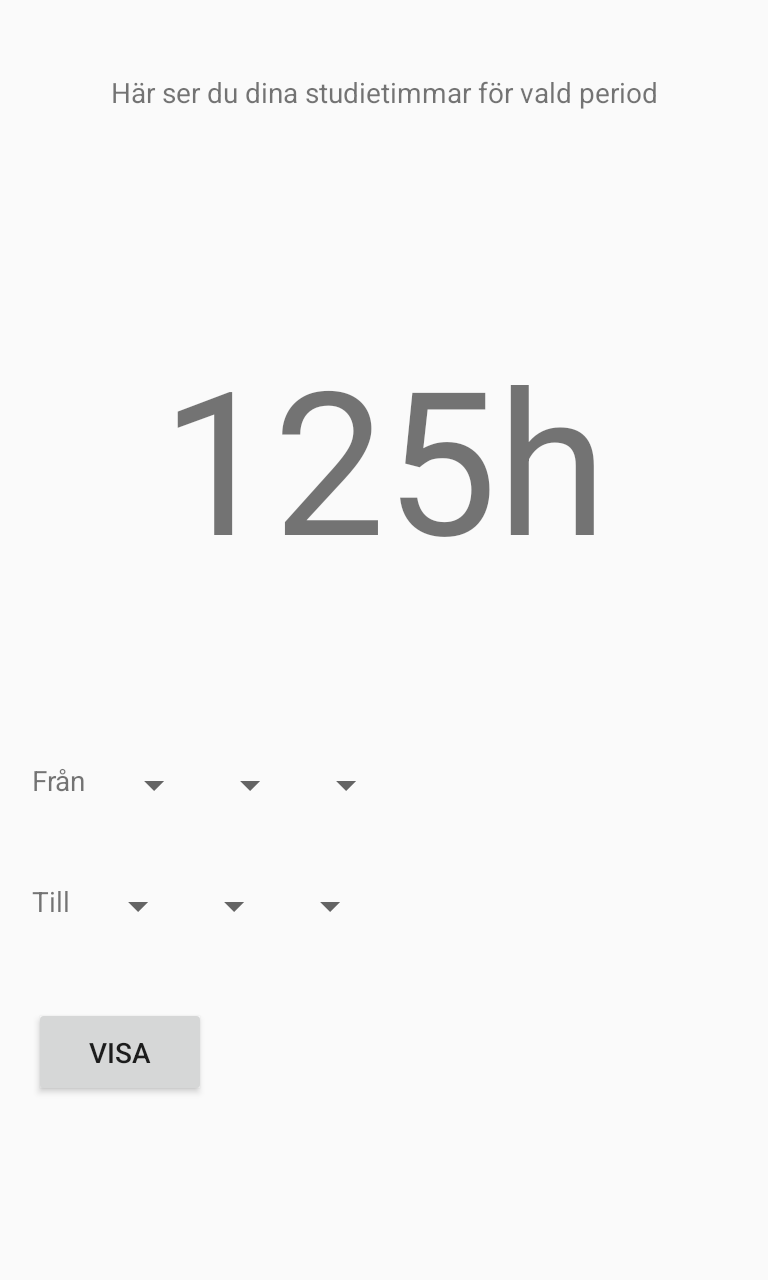
Repository: Dinova/Studiekoll
Layout: Studiekoll/Studiekoll/res/layout/fragment_graph.xml
The author's editor kept a copy of each file at every save. The layout is drawn from the files as they stood at one save, then again after the next save.
It is drawn on a 768 x 1280 px phone screen (xhdpi) without system bars, with theme AppTheme; the app's code is not run.

Above is the layout before, as saved 2014-05-15 12:05:26.

After the next save:
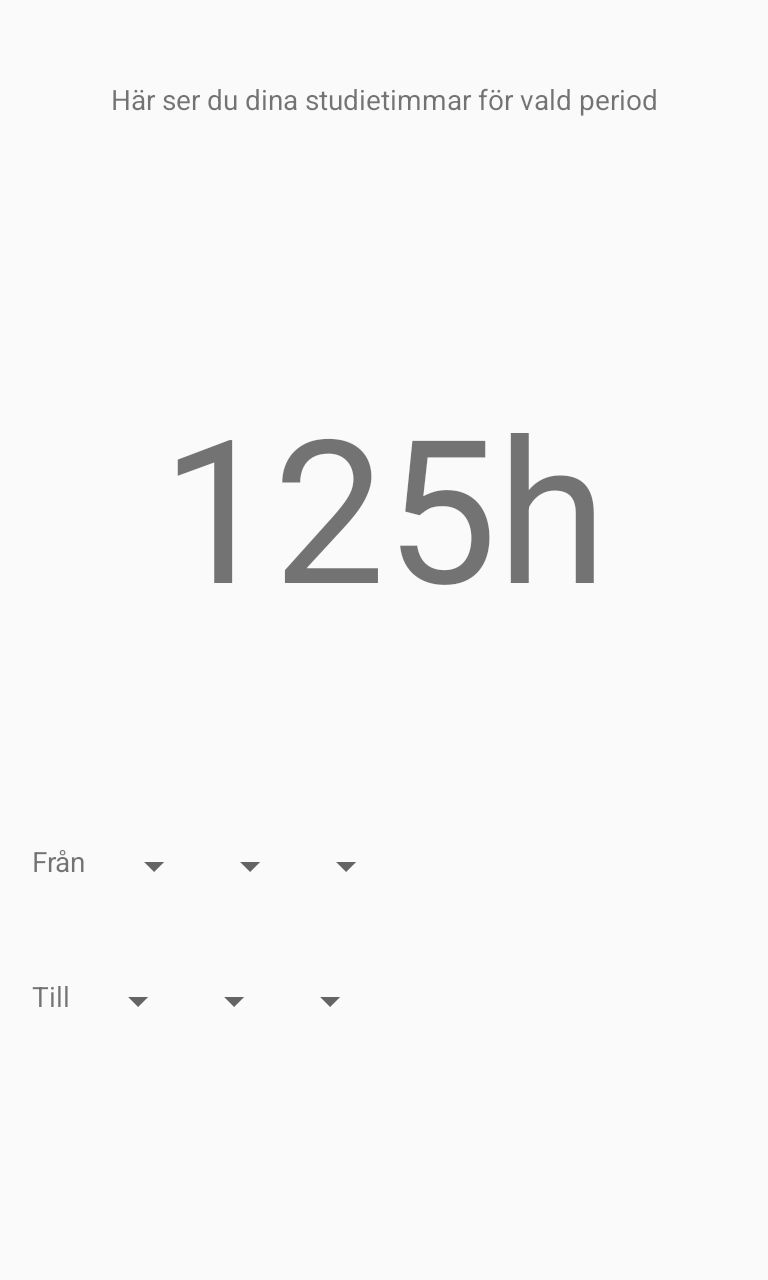
Saved 7 min 27 s later.
--- a/Studiekoll/Studiekoll/res/layout/fragment_graph.xml
+++ b/Studiekoll/Studiekoll/res/layout/fragment_graph.xml
@@ -57,45 +57,49 @@
 
 	</LinearLayout>
 
-	<LinearLayout
-	    android:layout_width="match_parent"
-        android:layout_height="0dp"
-        android:layout_weight="1"
-        android:orientation="horizontal" >
-
-	    <TextView
-	        android:layout_width="wrap_content"
-	        android:layout_height="wrap_content"
-	        android:layout_marginRight="10dp"
-	        android:text="@string/to_prompt" />
-
-		<Spinner
-		    android:id="@+id/to_year_spinner"
-		    android:layout_width="wrap_content"
-		    android:layout_height="wrap_content" />
-
-		<Spinner
-	    	android:id="@+id/to_month_spinner"
-	    	android:layout_width="wrap_content"
-	    	android:layout_height="wrap_content" />
-
-		<Spinner
-		    android:id="@+id/to_day_spinner"
-		    android:layout_width="wrap_content"
-	    	android:layout_height="wrap_content" />
-
-	</LinearLayout>
-
-	<LinearLayout
-	    android:layout_width="match_parent"
+    <LinearLayout
+        android:layout_width="wrap_content"
         android:layout_height="0dp"
         android:layout_weight="2" >
 
-	    <Button
-	        android:layout_width="wrap_content"
-	        android:layout_height="wrap_content"
-	        android:text="@string/show_button_text" />
-	</LinearLayout>
+		<LinearLayout
+	    	android:layout_width="wrap_content"
+        	android:layout_height="wrap_content"
+        	android:orientation="horizontal" >
 
+	    	<TextView
+	        	android:layout_width="wrap_content"
+	        	android:layout_height="wrap_content"
+	        	android:layout_marginRight="10dp"
+	        	android:text="@string/to_prompt" />
+
+			<Spinner
+			    android:id="@+id/to_year_spinner"
+			    android:layout_width="wrap_content"
+			    android:layout_height="wrap_content" />
+
+			<Spinner
+		    	android:id="@+id/to_month_spinner"
+	    		android:layout_width="wrap_content"
+	    		android:layout_height="wrap_content" />
+
+			<Spinner
+			    android:id="@+id/to_day_spinner"
+		   		android:layout_width="wrap_content"
+	    		android:layout_height="wrap_content" />
+
+		</LinearLayout>
+
+		<LinearLayout
+	    	android:layout_width="match_parent"
+        	android:layout_height="0dp"
+        	android:layout_weight="2" >
+
+	    	<Button
+	        	android:layout_width="wrap_content"
+	        	android:layout_height="wrap_content"
+	        	android:text="@string/show_button_text" />
+
+		</LinearLayout>
 
 </LinearLayout>
